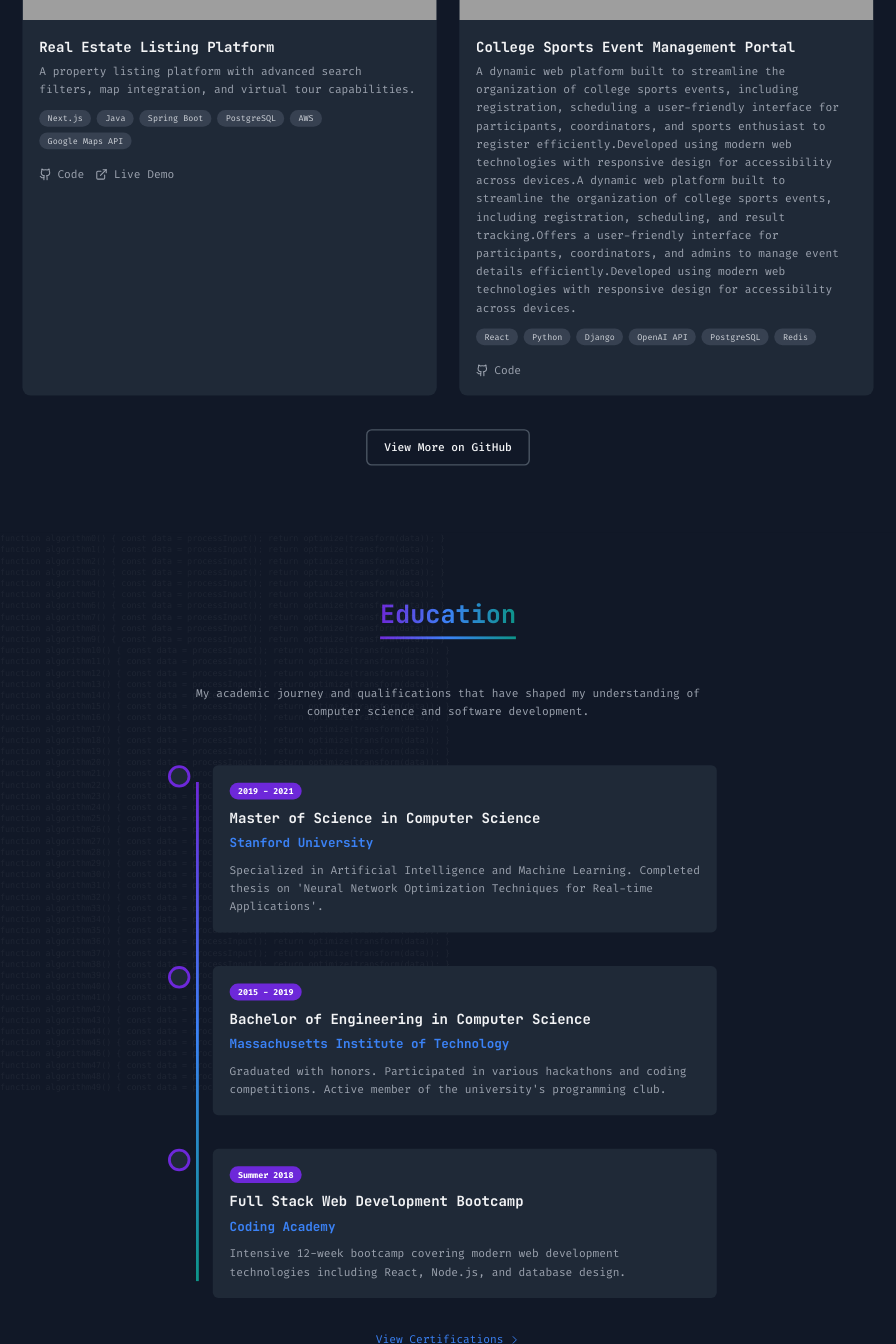
Repository: Saquib45/portfolio
Page: /
An editor plug-in stored every save of this project. The page is shown before and after the next save, followed by the edit.
The browser window is 1280 px wide. The pictures show the part of the page from y = 3483 to 5403 px (the page is 7894 px tall before and 7712 px after), at 70% of full size.
Pictures or frames that could not be fetched are drawn as grey boxes. The project was rebuilt for these pictures with package versions that can differ from the ones it lists, and the page was loaded fresh each time. Also part of the build but not shown: vite.config.ts.

Above is the page before, as saved 2025-04-23 21:35:24.

After the next save:
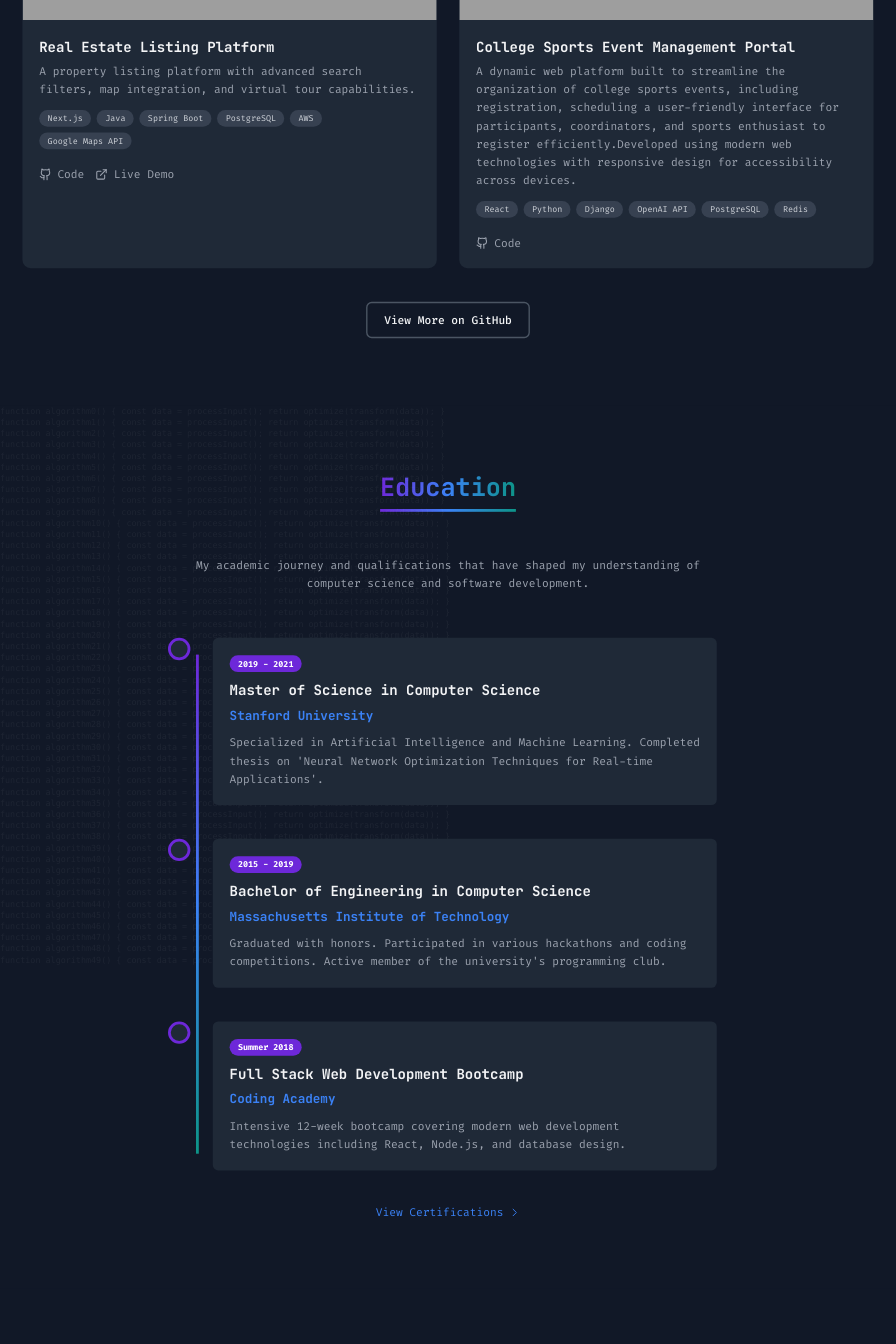
Saved 44 s later.
--- a/src/components/Projects.tsx
+++ b/src/components/Projects.tsx
@@ -69,7 +69,7 @@ const Projects: React.FC = () => {
     {
       id: 4,
       title: "College Sports Event Management Portal",
-      description: "A dynamic web platform built to streamline the organization of college sports events, including registration, scheduling a user-friendly interface for participants, coordinators, and sports enthusiast to register efficiently.Developed using modern web technologies with responsive design for accessibility across devices.A dynamic web platform built to streamline the organization of college sports events, including registration, scheduling, and result tracking.Offers a user-friendly interface for participants, coordinators, and admins to manage event details efficiently.Developed using modern web technologies with responsive design for accessibility across devices.",
+      description: "A dynamic web platform built to streamline the organization of college sports events, including registration, scheduling a user-friendly interface for participants, coordinators, and sports enthusiast to register efficiently.Developed using modern web technologies with responsive design for accessibility across devices.",
       image: "https://images.pexels.com/photos/5380642/pexels-photo-5380642.jpeg?auto=compress&cs=tinysrgb&w=1260&h=750&dpr=2",
       technologies: ["React", "Python", "Django", "OpenAI API", "PostgreSQL", "Redis"],
       githubUrl: "https://github.com",
